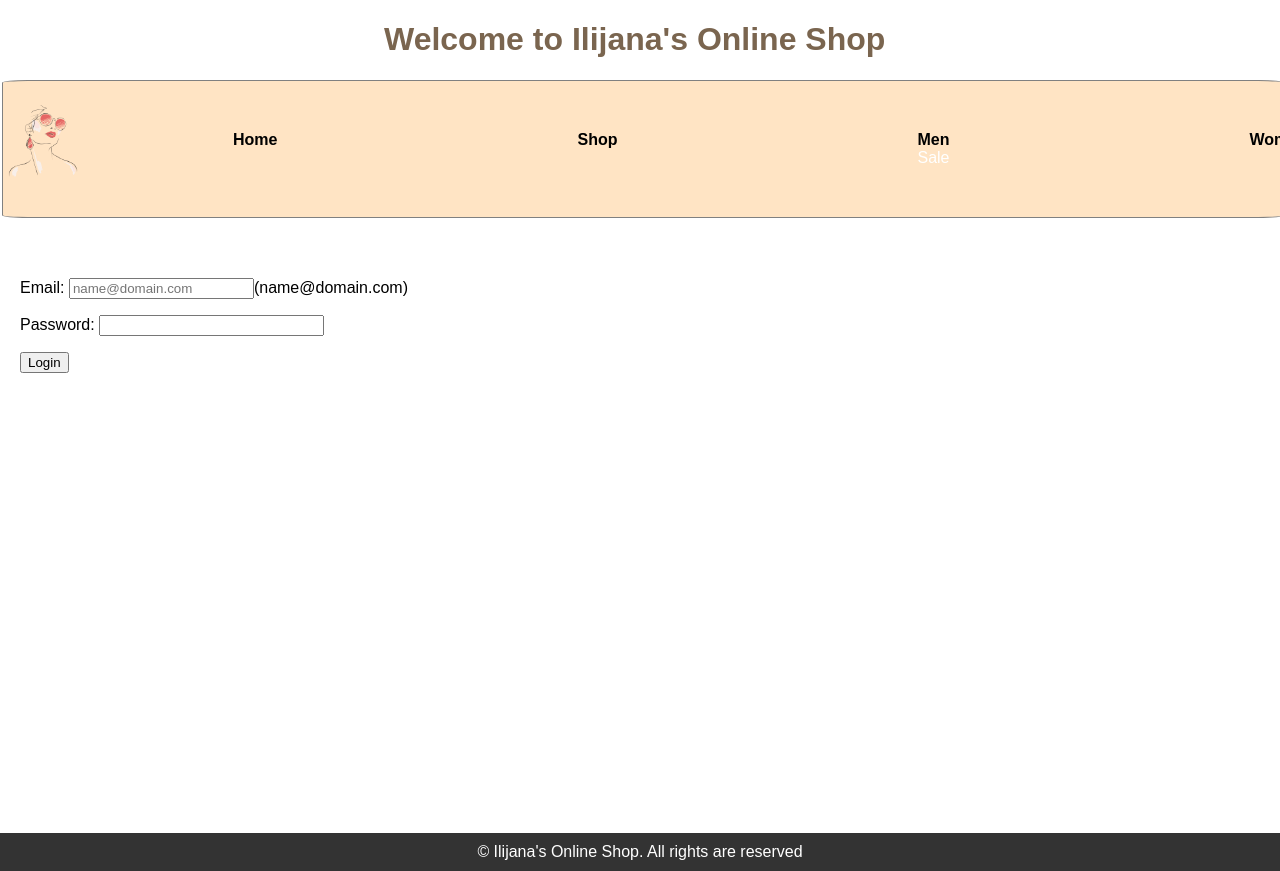
Repository: ilijana123/Proekt1
Page: html.html
An editor plug-in stored every save of this project. The page is shown before and after the next save, followed by the edit.
The browser window is 1280 px wide. The pictures show the whole page.

Above is the page before, as saved 2023-11-13 01:52:46.

### html.html
<!DOCTYPE html>
<html>
    <head>

    <meta charset="utf-8">
    <title>Online shop</title>
    <link rel="stylesheet" type="text/css" href="1.css">
    <script src="script.js"></script>

    </head>

    <body>
    <header>
       <h1>Welcome to Ilijana's Online Shop</h1>
    </header>

    <nav>
        <div class="social-call">
        <div class="social">
            <a href="#"><i class="fab fa-facebook-f"></i></a>
            <a href="#"><i class="fab fa-twitter"></i></a>
            <a href="#"><i class="fab fa-youtube"></i></a>
            <a href="#"><i class="fab fa-instagram"></i></a>
        </div>
        </div>
        <div class="navigation">
            <a href="#" class="logo"><img src="logo.png"></a>
            <div class="toggle"></div>
            <ul class="menu">
            <li><a href="#">Home</a></li>
            <li  class="shop"><a href="#" >Shop</a></li>
            <li><a href="#">Men</a>
                <span class="sale-lable">Sale</span>
            </li>
            <li><a href="#">Women</a></li>
            <li><a href="#">Kids</a></li>
            </ul>
            <div class="right-menu">
            <a href="javascript:void(0);" class="search">
                <i class="fas fa-search"></i>
            </a>
            <a href="javascript:void(0);" class="user">
                <i class="far fa-user"></i>
            </a>
            <a href="#">
                <i class="fas fa-shopping-cart">
                    <span class="num-cart-product">0</span>
                </i>
            </a>
            </div>
        </div>
    </nav>

       <section id="home">
            <h2>Home</h2>
            <p>Opis</p>
        </section>

        <section id="contact">
            <form method="post" autocomplete="on">
                <p><label>Email:
                    <input type="email" id="email"
                        placeholder="name@domain.com"/>(name@domain.com)
                </label></p>
                <p><label>Password:
                    <input type="password" id="password" size="25"
                        placeholder=""/>
                </label></p>
                <button onclick="btnClicked()">Login</button>
            </form>
       </section>

       <section id="category1"></section>
       <section id="category2"></section>
       <section id="category3"></section>
       <section id="instagram"></section>
      <section id="survey">
      </section>
      <section id="questionnaire">
      </section>
      <section id="contact">
      </section>
       <footer> &copy; Ilijana's Online Shop. All rights are reserved</footer>

    </body>
</html>

### 1.css
h1  {
     font-family: fantasy;
        color:rgb(122, 101, 79);
        position:relative;
        margin-left: 30%;
        text-decoration:double;
        text-decoration-color: aliceblue;
    }
    body
    {
        margin: 0;
        padding: 0;
        font-family: Arial, sans-serif;
    }
    .navigation
    {
        display:flex;
        justify-content: space-between;
        allign-items: center;
        background-color:bisque;
        margin:auto;
        position: fixed;
        color: white;
        padding:auto;
        left: 2px;
        right: 2px;
        width: 100%;
        z-index: 100;
        border: 1px solid rgba(0,0,0,03);
        border-radius: 2%;
        border-color: gray;
    }
    nav ul
    {
        list-style-type: none;
        margin: 0;
        padding: 0;
        display: flex;
        margin-top: 50px;
        flex-direction: row;

    }

    nav ul li
    {
        display: block;
        margin-bottom: 50px;
        margin-right: 150px;
        margin-left:150px;
    }
    section {
        padding: 20px;
        margin: 20px 0;
    }
    nav a {
        text-decoration:solid;
        color:black;
        font-weight: bold;

    }
    nav a:hover {
        color: #555;
    }

    footer {
        background-color: #333;
        color: white;
        text-align: center;
        padding: 10px;
    }
    .logo img
    {
        height: 80px;
        margin-top: 20px;
    }

### script.js
function btnClicked()
{
    document.location.href="html1.html";
}

After the next save:
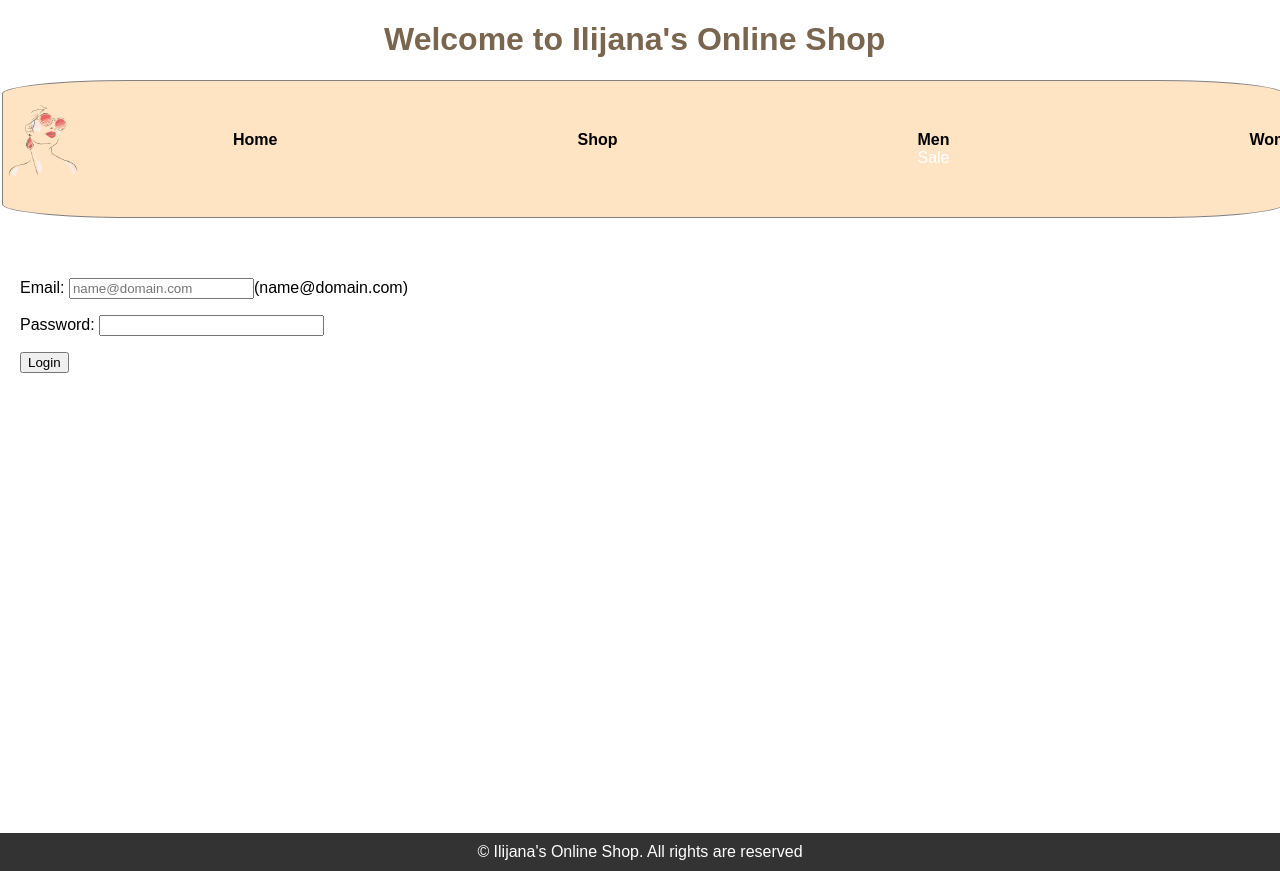
Saved 25 s later.
--- a/1.css
+++ b/1.css
@@ -27,7 +27,7 @@ h1  {
         width: 100%;
         z-index: 100;
         border: 1px solid rgba(0,0,0,03);
-        border-radius: 2%;
+        border-radius: 10%;
         border-color: gray;
     }
     nav ul
